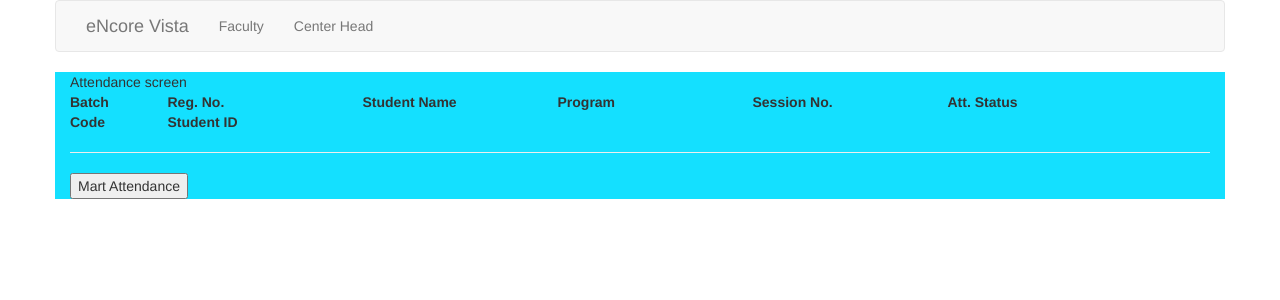
Repository: RajeswarM-NIIT/RajeswarAceMarch2020
Page: http://localhost/attendance/WEB-INF/views/attpage.jsp
These files come from the project's save history. The page is drawn as it stood at one moment and after the next save; the edit follows.
The browser window is 1280 px wide. The pictures show the whole page.
The page is served by Tomcat 9. Nobody is signed in. The template is opened directly, without the code that normally fills it, so the values that code supplies are empty.

Above is the page before, as saved 2020-03-13 20:31:25.

After the next save:
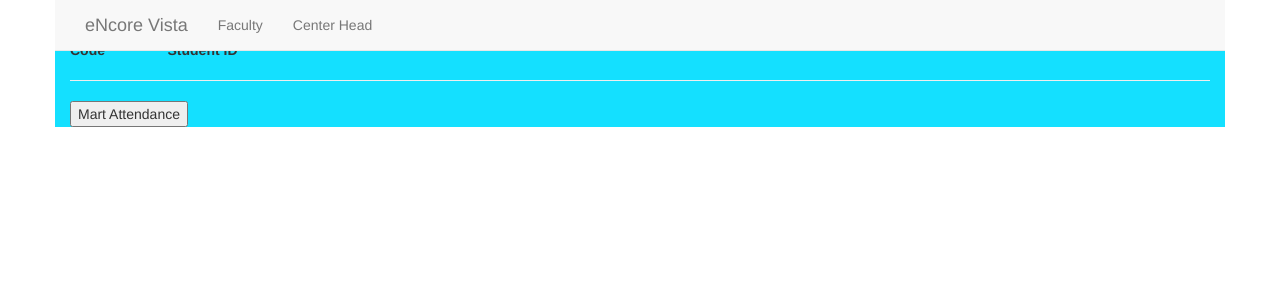
Saved 67 s later.
--- a/attendance/src/main/webapp/WEB-INF/views/navbar.jsp
+++ b/attendance/src/main/webapp/WEB-INF/views/navbar.jsp
@@ -1,4 +1,4 @@
-<nav class="navbar navbar-default container">
+<nav class="navbar navbar-default container navbar-fixed-top">
   <div class="container-fluid">
     <div class="navbar-header">
      	<a class="navbar-brand" href="#">eNcore Vista</a>
